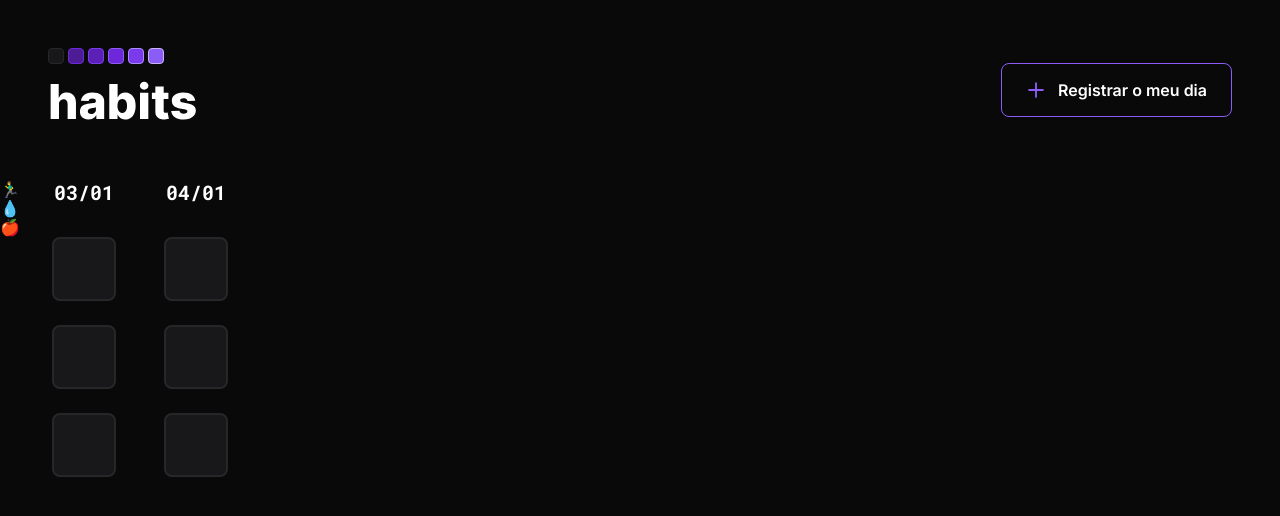
Repository: AntonyCosta/nlw-setup
Page: index.html
An editor plug-in stored every save of this project. The page is shown before and after a run of saves, followed by the edit.
The browser window is 1280 px wide. The pictures show the whole page.

Above is the page before, as saved 2023-01-18 03:58:28.

### index.html
<!DOCTYPE html>
<html lang="pt-br">
  <head>
    <meta charset="UTF-8" />
    <meta http-equiv="X-UA-Compatible" content="IE=edge" />
    <meta name="viewport" content="width=device-width, initial-scale=1.0" />
    <link rel="preconnect" href="https://fonts.googleapis.com" />
    <link rel="preconnect" href="https://fonts.gstatic.com" crossorigin />
    <link
      href="https://fonts.googleapis.com/css2?family=Inter:wght@600&family=Roboto+Mono:wght@700&display=swap"
      rel="stylesheet"
    />

    <link rel="stylesheet" href="style.css" />
    <title>Habits</title>
  </head>
  <body>
    <header>
      <img src="./assets/logo.svg" alt="" />
      <button>
        <img src="./assets/plus.svg" alt="" />
        Registrar o meu dia
      </button>
    </header>

    <form>
      <div class="habits">
        <div class="habit">🏃‍♂️</div>
        <div class="habit">💧</div>
        <div class="habit">🍎</div>
      </div>

      <div class="days">
        <div class="day">
          <div>03/01</div>
          <input type="checkbox" name="run" />
          <input type="checkbox" name="water" />
          <input type="checkbox" name="food" />
        </div>

        <div class="day">
          <div>04/01</div>
          <input type="checkbox" name="run" />
          <input type="checkbox" name="water" />
          <input type="checkbox" name="food" />
        </div>
      </div>
    </form>
  </body>
</html>

### style.css
* {
  margin: 0;
  padding: 0;
  box-sizing: border-box;
}

body {
  background-color: #09090a;
  color: white;

  /* display: grid;
  place-items: center; */

  height: 100vh;
}

header {
  display: flex;
  align-items: center;
  justify-content: space-between;

  padding: 48px;
}

button {
  padding: 16px 24px;
  border: 1px solid #8b5cf6;
  border-radius: 8px;
  background: transparent;
  color: #ffffff;

  display: flex;
  align-items: center;
  gap: 12px;

  font-family: "Inter", arial, sans-serif;
  font-weight: 600;
  font-size: 16px;
  line-height: 125%;
}

form {
  display: flex;
}

.habit {
  border: ;
}

.days {
  display: flex;
  gap: 48px;
  margin-left: 32px;
}

.day {
  display: flex;
  flex-direction: column;
  gap: 24px;
}

.day div {
  margin-bottom: 8px;
  font-family: "Roboto Mono", sans-serif;
  font-size: 20px;
  line-height: 125%;
  text-align: center;
}

input {
  appearance: none;
  -webkit-appearance: none;

  width: 64px;
  height: 64px;

  border: 2px solid #27272a;
  border-radius: 8px;

  background: #18181b;
}

input:checked {
  background: #8b5cf6;
  border: 2px solid #a78bfa;
}

After the next 5 saves:
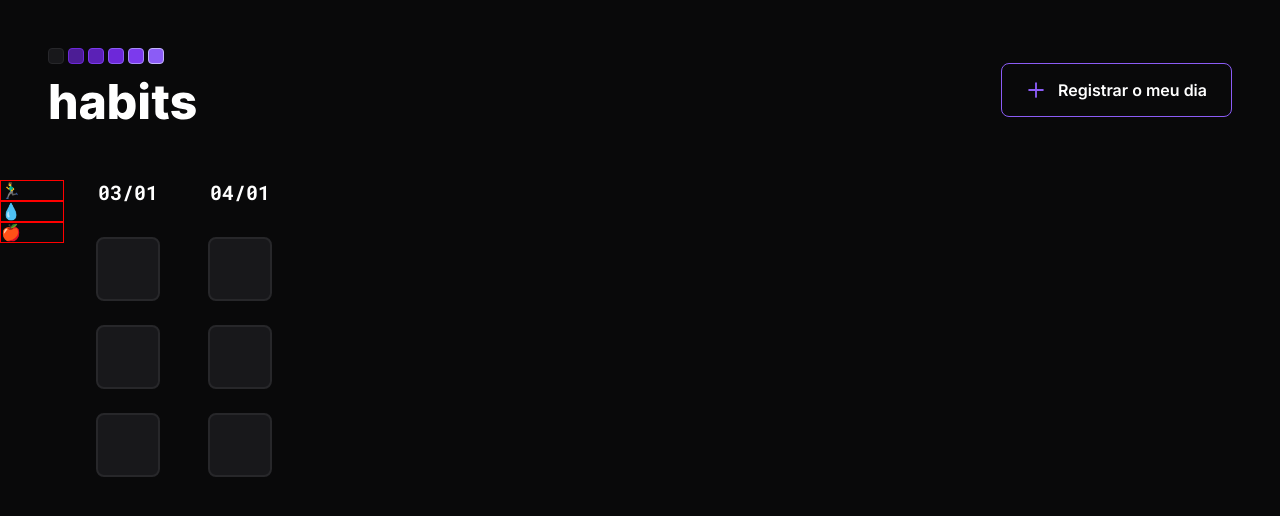
The 5 saves are shown as one change because they came seconds apart.
The last was saved 14 s later.
--- a/style.css
+++ b/style.css
@@ -44,7 +44,10 @@ form {
 }
 
 .habit {
-  border: ;
+  border: 1px solid red;
+
+  width: 64px;
+
 }
 
 .days {
